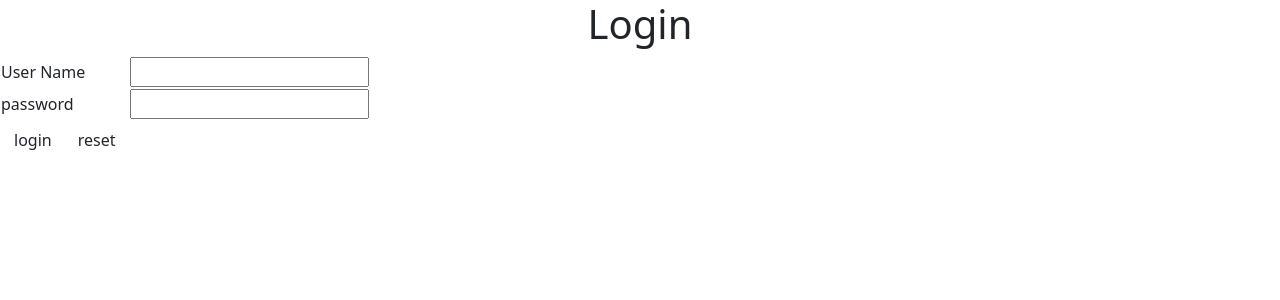
Repository: manmadharaomaruvada/servlets
Page: RequestDispatcherDemo/src/main/webapp/login.html
These files come from the project's save history. The page is drawn as it stood at one moment and after the next save; the edit follows.
The browser window is 1280 px wide. The pictures show the whole page.

Above is the page before, as saved 2022-10-17 10:26:55.

After the next save:
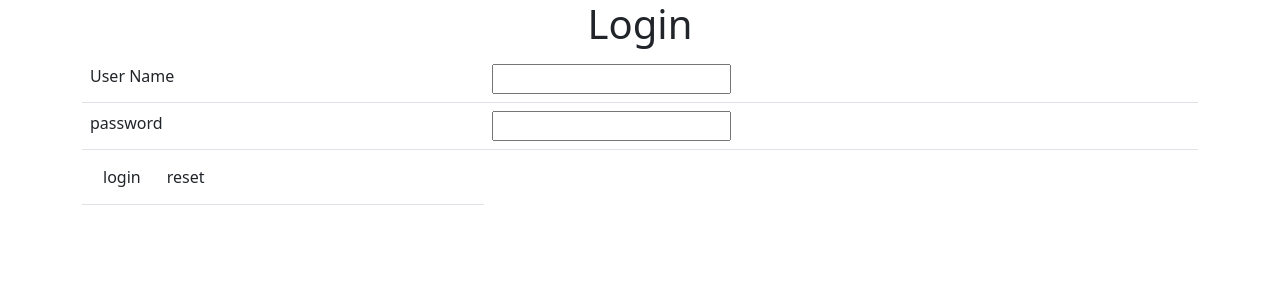
Saved 67 s later.
--- a/RequestDispatcherDemo/src/main/webapp/login.html
+++ b/RequestDispatcherDemo/src/main/webapp/login.html
@@ -14,8 +14,9 @@
 	<center>
 		<h1>Login</h1>
 	</center>
+	<div class='container'>
 	<form action="./Login" method="post">
-		<table>
+		<table align='center' class="table">
 			<tr>
 				<td>User Name</td>
 				<td><input type="text" name="uname" class='form-contlo'/></td>
@@ -29,5 +30,6 @@
 			</tr>
 		</table>
 	</form>
+	</div>
 </body>
 </html>
